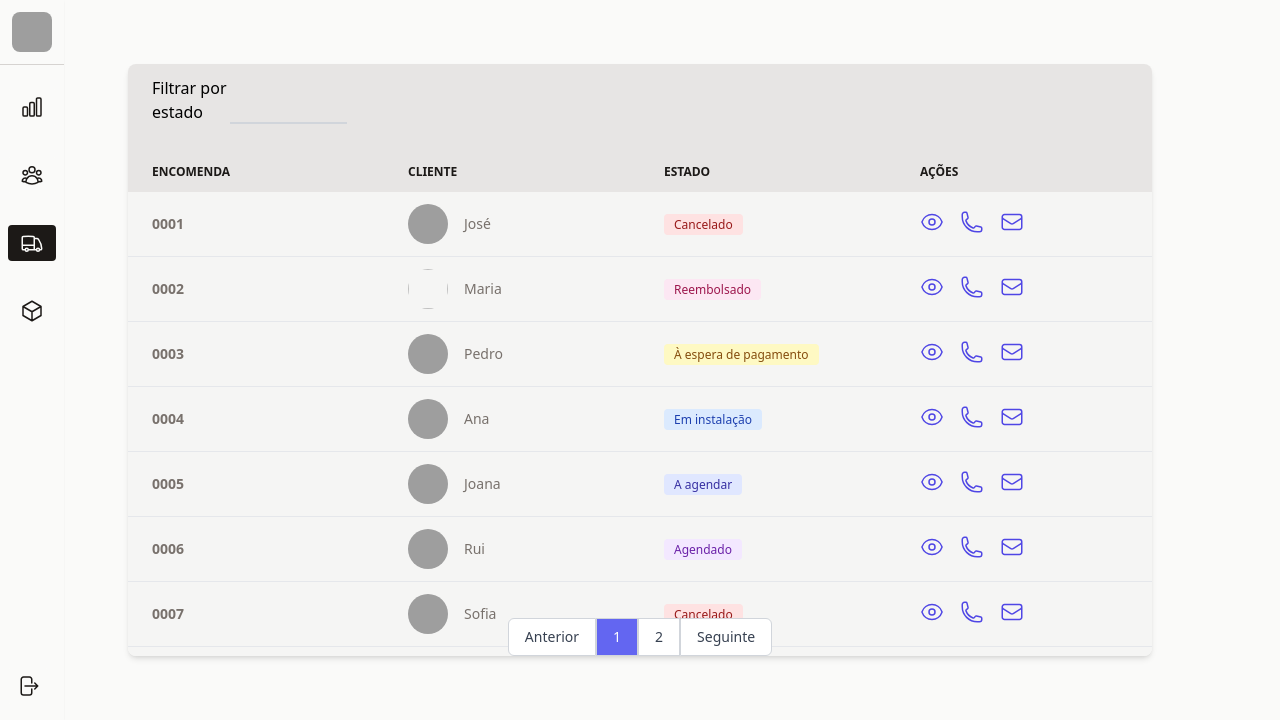
Repository: XavierOtavio/Cuzinhas
Page: /dashboard/orders
An editor plug-in stored every save of this project. The page is shown before and after the next save, followed by the edit.
The browser window is 1280 px wide. The pictures show the whole page.
Pictures or frames that could not be fetched are drawn as grey boxes. An inner scrolling area shows only its first screen. The project was rebuilt for these pictures with package versions that can differ from the ones it lists, and the page was loaded fresh each time. Also part of the build but not shown: src/components/Logotipo.js, src/components/Header.js, src/components/Dashboard.js, src/components/Login.js, src/components/Register.js, src/components/Home.js, src/components/LayoutFront.js.

Above is the page before, as saved 2023-03-08 16:35:52.

After the next save:
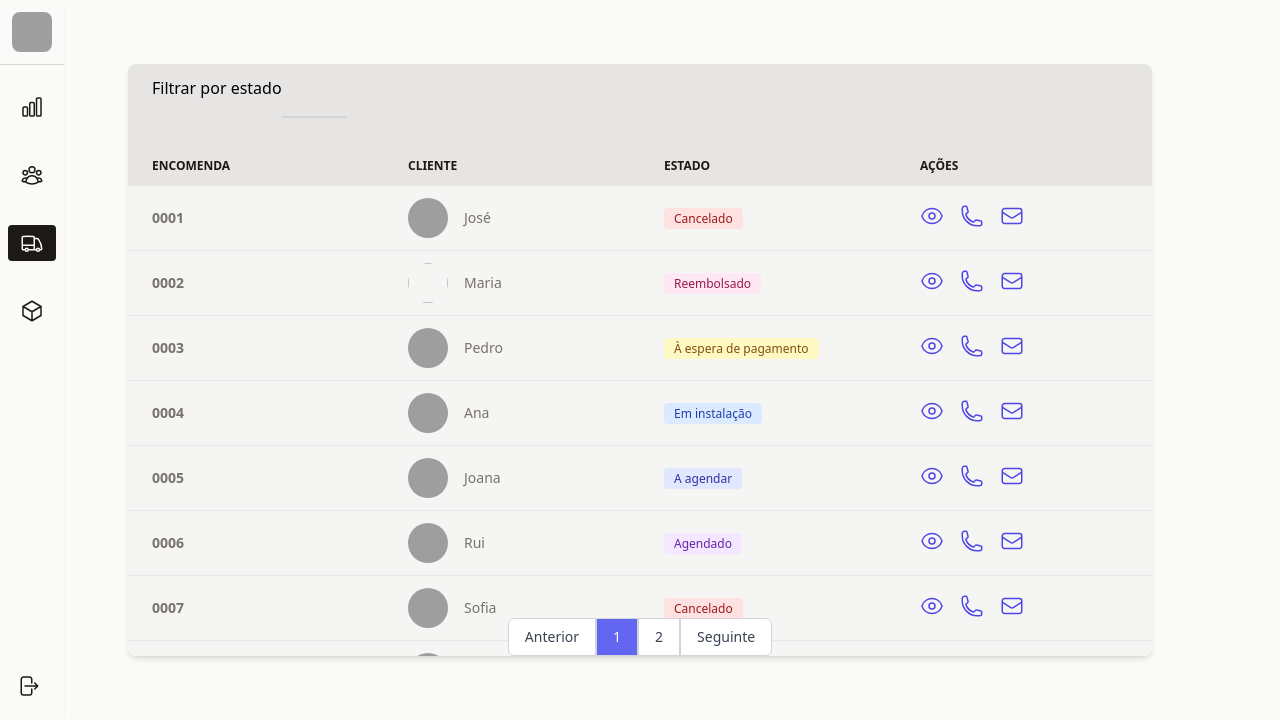
Saved 6 s later.
--- a/src/components/Orders.js
+++ b/src/components/Orders.js
@@ -189,7 +189,7 @@ export default function Orders() {
   return (
     <div className="absolute inset-x-32 inset-y-16 overflow-x-auto shadow-md sm:rounded-lg bg-stone-200">
       <div className="flex items-center justify-between pb-4">
-        <div className="relative mx-6 my-3 flex-1 flex flex-row">
+        <div className="relative mx-6 my-3 flex-1 flex flex-row whitespace-nowrap">
           <label htmlFor="statusCheck" className="">
             Filtrar por estado
           </label>
